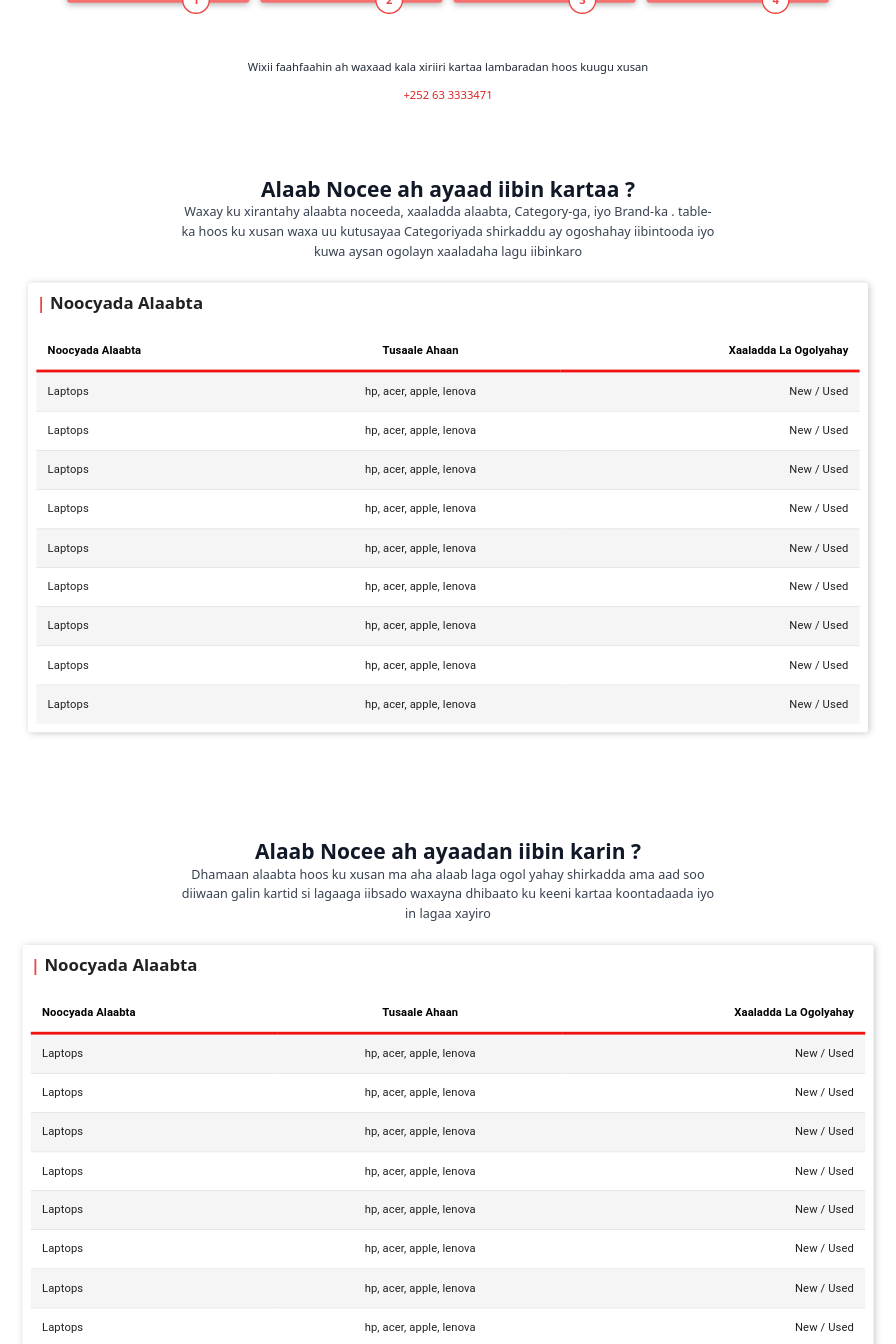
Repository: muraadso/Muraadso-Sellers
Page: /
An editor plug-in stored every save of this project. The page is shown before and after the next save, followed by the edit.
The browser window is 1280 px wide. The pictures show the part of the page from y = 2040 to 3960 px (the page is 4176 px tall before and 4160 px after), at 70% of full size.
The project was rebuilt for these pictures with package versions that can differ from the ones it lists, and the page was loaded fresh each time. The framework's server and built-in components were replaced by stand-ins that run in the browser. Also part of the build but not shown: next.config.js.

Above is the page before, as saved 2021-12-06 20:31:52.

### pages/_app.js
import '../styles/globals.css'
 import 'tailwindcss/tailwind.css'
import { Layout } from '../components/Layout'


function MyApp({ Component, pageProps }) {
  return (
    <Layout>
      <Component {...pageProps} />
    </Layout>
  )
}

export default MyApp

### pages/index.js
import Head from 'next/head'
import Image from 'next/image'
import Hero from '../components/Hero'
import About from '../components/About'
import Howtoreg from '../components/Howtoreg'
import styles from '../styles/Home.module.css'
import { How } from '../components/How'


export default function Home() {
  return (
    <div className={styles.container}>
      <Head>
        <title>Muraadso Sellers</title>
        <meta name="description" content="Generated by create next app" />
        <link rel="icon" href="/favicon.ico" />
      </Head>
      <Hero />
      <About />
      <How />
      <Howtoreg />
    </div>
  )
}

### styles/globals.css
@import url('https://fonts.googleapis.com/css2?family=Lato:ital,wght@0,300;0,400;0,700;0,900;1,700&family=Poppins:wght@200;300;400;500;600;700&display=swap');
html,
body {
  padding: 0;
  margin: 0;
}

a {
  color: inherit;
  text-decoration: none;
}

* {
  box-sizing: border-box;
}


.navbar {
  box-shadow: 2px 1px 7px rgba(0, 0, 0, 0.226);
  font-family: 'Poppins', sans-serif  ;
  font-weight: 500;

}
  .logo{
    font-family: 'Lato', sans-serif;
    font-weight: 700;
    color: rgb(233, 59, 59);
    font-size: 20px ;
  }
  .how-card{
    position: relative;
    box-shadow: 0 2px 10px rgba(0, 0, 0, 0.336) ;
  }





@media screen and  (max-width: 768px){
  .nav{
    padding-top: 40px;
    display: flex;
    flex-direction: column;

  }

  .how-card{
  margin-bottom: 25px;
}

.tablle{
  margin-bottom: 90px;
}
.tablle2{

}

}




@tailwind base;
@tailwind components;
@tailwind utilities

### components/Layout.js
import Navbar from "./Navbar"
import Footer from "./Footer"

export const Layout = ({children}) => {
    return (
        <div className="layout">
            <Navbar />
                {children}
            <Footer />



        </div>
    )
}

### components/Hero.jsx
const Hero = () => {
    return (
        <div className="md:grid-cols-2 md:grid md:mt-11 hero">
                <div className="md:px-16 md:py-36 py-11 herotxt">
                    <h6 className="px-2 font-medium text-gray-500">ku iibi muraadso</h6>
                    <h1 className="my-5 text-3xl font-bold text-gray-800 capitalize md:font-bold md:text-gray-800 md:capitalize lg:text-6xl">sidee ugu iibin krtaa <br /> alaabtaada <span  className="text-red-600 md:text-red-600">muraadso</span></h1>

                    <p className="text-gray-700 md:text-left">
                         Whether you’ve already got an established e-commerce business , a great idea for a new product, or you just have a passion for selling, here’s how to take that next step with Muraadso </p>
                </div>

                <div className="heroimg">
                    <img className="w-4/4 "  src="/images/heroimage.png" alt="heroimage" />
                </div>
        </div>
    )
}

export default Hero

### components/About.jsx

const About = () => {
    return (
        <div className="mt-32">
            <h1 className="text-3xl font-bold text-center">Ku Iibso Muraadso</h1>
            <div className="gap-0 md:px-16 md:grid-cols-2 md:grid about-content">
                <div className="mt-12 aboutimg">
                  <img src="/images/aboutimage.png" className="md:h-96" alt="about image" />
                </div>
                <div className="md:mt-20 mt-11 about-text">
                    <p className="text-xl text-justify">
                        Muraadso waa hogaanka suuqa casriga ee online waana suuq aad ku iibin kartid alaabtaada, ahaw ganacsade alaabta sameeya, mid soo dajiya, si fudud ayaad ugu iibin kartaa suuqa casriga muraadso, sidoo kale ka mid noqo ganacsiyada shabakada internet ku iibiya alaabaha adiga oon ku kharash badan galin, kana faa’idaysanaya khubarada team ka muraadso helayana tobabaro iyo caawimo sidaad ugu iibin lahayd muraadso dhexdeeda Ku dhex iibta muraadso waa wax fudud sidoo kalena kharash yari kaaga bixi karo ama wax kharash ahi kaa baxayn, kaliya waxa lagaaga bahanyay in aad is diwaan galisid, kuna gurtid alaabta aad haysid online shirkada sidaana aad ku bilawdid iibka alaabtaada....<span className="text-red-600">Read More</span>
                    </p>
                </div>


            </div>
        </div>
    )
}

export default About

### components/Howtoreg.jsx
import * as React from 'react';
import { styled } from '@mui/material/styles';
import Table from '@mui/material/Table';
import TableBody from '@mui/material/TableBody';
import TableCell, { tableCellClasses } from '@mui/material/TableCell';
import TableContainer from '@mui/material/TableContainer';
import TableHead from '@mui/material/TableHead';
import TableRow from '@mui/material/TableRow';
import Paper from '@mui/material/Paper';

const StyledTableCell = styled(TableCell)(({ theme }) => ({

  [`&.${tableCellClasses.head}`]: {
    backgroundColor: theme.palette.common.white,
    color: theme.palette.common.black,
    borderBottom: '4px solid rgb(240, 17, 17)' ,
    fontSize: '16px',
    fontWeight: '600',

  },
  [`&.${tableCellClasses.body}`]: {
    fontSize: 16,
  },
}));

const StyledTableRow = styled(TableRow)(({ theme }) => ({
  '&:nth-of-type(odd)': {
    backgroundColor: theme.palette.action.hover,


  },
  // hide last border
  '&:last-child td, &:last-child th': {
    border: 0,
  },
}));





function createData(noocaAlaabta, tusaale, xaaladda) {
  return { noocaAlaabta, tusaale, xaaladda };
}

const rows = [
  createData('Laptops', 'hp, acer, apple, lenova ', 'New / Used'),
  createData('Laptops', 'hp, acer, apple, lenova ', 'New / Used'),
  createData('Laptops', 'hp, acer, apple, lenova ', 'New / Used'),
  createData('Laptops', 'hp, acer, apple, lenova ', 'New / Used'),
  createData('Laptops', 'hp, acer, apple, lenova ', 'New / Used'),
  createData('Laptops', 'hp, acer, apple, lenova ', 'New / Used'),
  createData('Laptops', 'hp, acer, apple, lenova ', 'New / Used'),
  createData('Laptops', 'hp, acer, apple, lenova ', 'New / Used'),
  createData('Laptops', 'hp, acer, apple, lenova ', 'New / Used'),

];

export default function Howtoreg() {
  return (
      <>
    <div className="flex flex-col items-center justify-center p-2 tablle mb-36">
                <h1 className="text-xl font-bold text-center text-gray-900 md:text-3xl">Alaab Nocee ah ayaad iibin kartaa ?</h1>
                <p className="max-w-3xl mb-8 text-sm text-center text-gray-700 md:text-lg">Waxay ku xirantahy alaabta noceeda, xaaladda alaabta, Category-ga, iyo Brand-ka .
                table-ka hoos ku xusan waxa uu kutusayaa Categoriyada shirkaddu ay ogoshahay iibintooda
                iyo kuwa aysan ogolayn xaaladaha lagu iibinkaro </p>

            <TableContainer className="" component={Paper} sx={{ padding: "12px", maxWidth: 1400, boxShadow: '2px 1px 11px rgba(0, 0, 0, 0.226)' }}>
        <h1 className="mb-6 text-2xl font-bold "> <span className="font-black text-red-500 ">|</span> Noocyada Alaabta</h1>
      <Table sx={{ minWidth: 700 }} aria-label="customized table">
        <TableHead>
          <TableRow>
            <StyledTableCell>Noocyada Alaabta</StyledTableCell>
            <StyledTableCell align="center"> Tusaale Ahaan</StyledTableCell>
            <StyledTableCell align="right">Xaaladda La Ogolyahay</StyledTableCell>
          </TableRow>
        </TableHead>
        <TableBody>
          {rows.map((row) => (
            <StyledTableRow key={row.noocaAlaabta} sx={{backgroundColor: 'white'}}>
              <StyledTableCell component="th" scope="row">
                {row.noocaAlaabta}
              </StyledTableCell>
              <StyledTableCell   align="center">{row.tusaale}</StyledTableCell>
              <StyledTableCell align="right">{row.xaaladda}</StyledTableCell>
            </StyledTableRow>
          ))}
        </TableBody>
      </Table>
    </TableContainer>

    </div>

    <div className="flex flex-col items-center justify-center tablle2 mb-36">
            <h1 className="text-xl font-bold text-center text-gray-900 md:text-3xl">Alaab Nocee ah ayaadan iibin karin ?</h1>
            <p className="max-w-3xl mb-8 text-sm text-center text-gray-700 md:text-lg">Dhamaan alaabta hoos ku xusan ma aha alaab laga ogol yahay shirkadda
                ama aad soo diiwaan galin kartid si lagaaga iibsado waxayna dhibaato
                ku keeni kartaa koontadaada iyo in lagaa xayiro</p>

            <TableContainer className="" component={Paper} sx={{ padding: "12px", maxWidth: 1400, boxShadow: '2px 1px 11px rgba(0, 0, 0, 0.226)' }}>
                        <h1 className="mb-6 text-2xl font-bold"> <span className="font-black text-red-500 ">|</span> Noocyada Alaabta</h1>
      <Table sx={{ minWidth: 700 }} aria-label="customized table">
        <TableHead className="" >
          <TableRow className="">
            <StyledTableCell>Noocyada Alaabta</StyledTableCell>
            <StyledTableCell align="center"> Tusaale Ahaan</StyledTableCell>
            <StyledTableCell align="right">Xaaladda La Ogolyahay</StyledTableCell>
          </TableRow>
        </TableHead>
        <TableBody>
          {rows.map((row) => (
            <StyledTableRow key={row.noocaAlaabta} sx={{backgroundColor: 'white'}}>
              <StyledTableCell  component="th" scope="row">
                {row.noocaAlaabta}
              </StyledTableCell>
              <StyledTableCell   align="center">{row.tusaale}</StyledTableCell>
              <StyledTableCell align="right">{row.xaaladda}</StyledTableCell>
            </StyledTableRow>
          ))}
        </TableBody>
      </Table>
    </TableContainer>

    </div>

     </>
  );
}

### components/How.jsx
export const How = () => {
    return (
        <div className="flex flex-col items-center justify-center mt-32 mb-24 how md:gap-y-4 gap-y-11">
            <div className="howheader">
            <h2 className="text-4xl font-bold text-center">Sidee u shaqaysaa</h2>
            <p className="mt-2 text-lg text-center text-gray-600">habka uu ushaqeeyo adeegan waa sidatan hoos ku xusan</p>
            </div>
            <div className="h-full md:p-16 md:gap-4 gap-72 md:grid-cols-4 md:grid howsteps">

                <div className="relative max-h-full p-6 bg-white border-4 border-red-400 rounded how-card ">
                    <div className="flex items-center justify-center my-4 card-icon ">
                        <img  src="./icons/register.png" alt="register" />

                    </div>
                    <div className="mb-4 text-xl text-center text-gray-800 cardbody">
                        Macmiil iska diiwaan geli adeega, 24h kadib waxad helaysa fariin ah in lagu aqbalay
                    </div>
                    <div className="absolute flex items-center justify-center w-10 h-10 font-bold text-red-500 bg-white border-2 border-red-500 rounded-full md:left-36 -bottom-5 md:left-40 left-36 place-content-center card-number"> <h2>1</h2></div>
                </div>


                <div className="relative max-h-full p-6 bg-white border-4 border-red-400 rounded how-card ">
                    <div className="flex items-center justify-center my-4 card-icon ">
                        <img className="h-24"  src="./icons/features.png" alt="register" />
                    </div>
                    <div className="mb-4 text-xl text-center text-gray-800 cardbody">
                        Macmiil iska diiwaan geli adeega, 24h kadib waxad helaysa fariin ah in lagu aqbalay
                    </div>
                    <div className="absolute flex items-center justify-center w-10 h-10 font-bold text-red-500 bg-white border-2 border-red-500 rounded-full md:left-36 -bottom-5 md:left-40 left-36 place-content-center card-number"> <h2>2</h2></div>
                </div>




                <div className="relative max-h-full p-6 bg-white border-4 border-red-400 rounded how-card ">
                    <div className="flex items-center justify-center my-4 card-icon ">
                        <img className="h-24"  src="./icons/verified.png" alt="register" />

                    </div>
                    <div className="mb-4 text-xl text-center text-gray-800 cardbody">
                        Macmiil iska diiwaan geli adeega, 24h kadib waxad helaysa fariin ah in lagu aqbalay
                    </div>
                    <div className="absolute flex items-center justify-center w-10 h-10 font-bold text-red-500 bg-white border-2 border-red-500 rounded-full md:left-36 -bottom-5 md:left-40 left-36 place-content-center card-number"> <h2>3</h2></div>
                </div>


                <div className="relative max-h-full p-6 bg-white border-4 border-red-400 rounded how-card ">
                    <div className="flex items-center justify-center my-4 card-icon ">
                        <img className="h-24"  src="./icons/givemoney.png" alt="register" />

                    </div>
                    <div className="mb-4 text-xl text-center text-gray-800 cardbody">
                        Macmiil iska diiwaan geli adeega, 24h kadib waxad helaysa fariin ah in lagu aqbalay
                    </div>
                    <div className="absolute flex items-center justify-center w-10 h-10 font-bold text-red-500 bg-white border-2 border-red-500 rounded-full md:left-36 -bottom-5 md:left-40 left-36 place-content-center card-number"> <h2>4</h2></div>
                </div>

            </div>
            <p className="text-center text-gray-800">Wixii faahfaahin ah waxaad kala xiriiri kartaa lambaradan hoos kuugu xusan</p>
            <a className="font-medium text-red-600" href="#">+252 63 3333471</a>

        </div>
    )
}

### components/Navbar.jsx
import React, { useState } from "react";
import { HiOutlineMenuAlt2, HiOutlineMenuAlt3 } from "react-icons/hi";



export default function Navbar() {
  const [showNav, setShowNav] = useState(false);

  return (
    <nav className="sticky top-0 z-20 items-center justify-between bg-white px-14 md:px-24 md:py-3 navbar md:flex">
      <div className="flex items-center justify-between">
        <a href="#">
          <h2>Muraadso</h2>
        </a>


        {showNav ? (
          <HiOutlineMenuAlt3
            onClick={() => setShowNav(!showNav)}
            className="block w-10 h-10 p-2 cursor-pointer md:hidden" />

        ) : (
          <HiOutlineMenuAlt2
            onClick={() => setShowNav(!showNav)}
            className="block w-10 h-10 p-2 cursor-pointer md:hidden"
          />
        )}
      </div>

      <ul
        className={
          (showNav ? "left-0" : "-left-full") +
          " md:static fixed bottom-0 md:ml-24 top-14 md:flex md:space-x-6 items-center md:bg-transparent bg-gray-700 rounded md:rounded-none md:bg-white bg-opacity-90 md:w-auto w-10/12 md:text-gray-800 text-white  md:space-y-0 space-y-5 p-2 transition-left nav"
        }
      >
        <a href="#"> Home</a>
        <a href="#"> About</a>
        <a href="#"> Doc</a>
        <a href="#"> Contact Us</a>
      <a className="px-4 py-2 text-white bg-red-600 rounded" href="">Signup</a>
      </ul>
    </nav>
  );
}

























// const Navbar = () => {
//     return (
//         <div>
//      <div className="sticky top-0 z-20 items-center justify-between bg-white md:flex navbar">
//          <a className="logo" href="#">Muraadso</a>
//          <nav className="fixed bottom-0 items-center w-10/12 p-2 space-y-5 text-white bg-gray-500 md:static top-12 md:flex md:space-x-7 md:bg-transparent bg-opacity-90 md:w-auto md:text-gray-500 md:space-y-0 transition-left nav">
//              <a className="hover:text-red-600" href="">Home</a>
//              <a className="hover:text-red-600" href="">About</a>
//              <a className="hover:text-red-600" href="">Doc</a>
//              <a className="hover:text-red-600" href="">Contact Us</a>
//          </nav>
//          <a href="#" className="px-4 py-2 text-white bg-red-600 rounded hover:bg-red-700 signup ">Signup</a>
//      </div>

//         </div>
//     )
// }

// export default Navbar

### components/Footer.jsx
const Footer = () => {
    return (
        <div>
        </div>
    )
}

export default Footer

### tailwind.config.js
module.exports = {
   purge: ['./pages/**/*.{js,ts,jsx,tsx}', './components/**/*.{js,ts,jsx,tsx}'],
  darkMode: false, // or 'media' or 'class'
  theme: {
    extend: {
      transitionProperty: {
         'left': 'left',
        }
    },

  },
  variants: {
    extend: {},
  },
  plugins: [],
}

Loaded but not shown: styles/Home.module.css (common file)

After the next save:
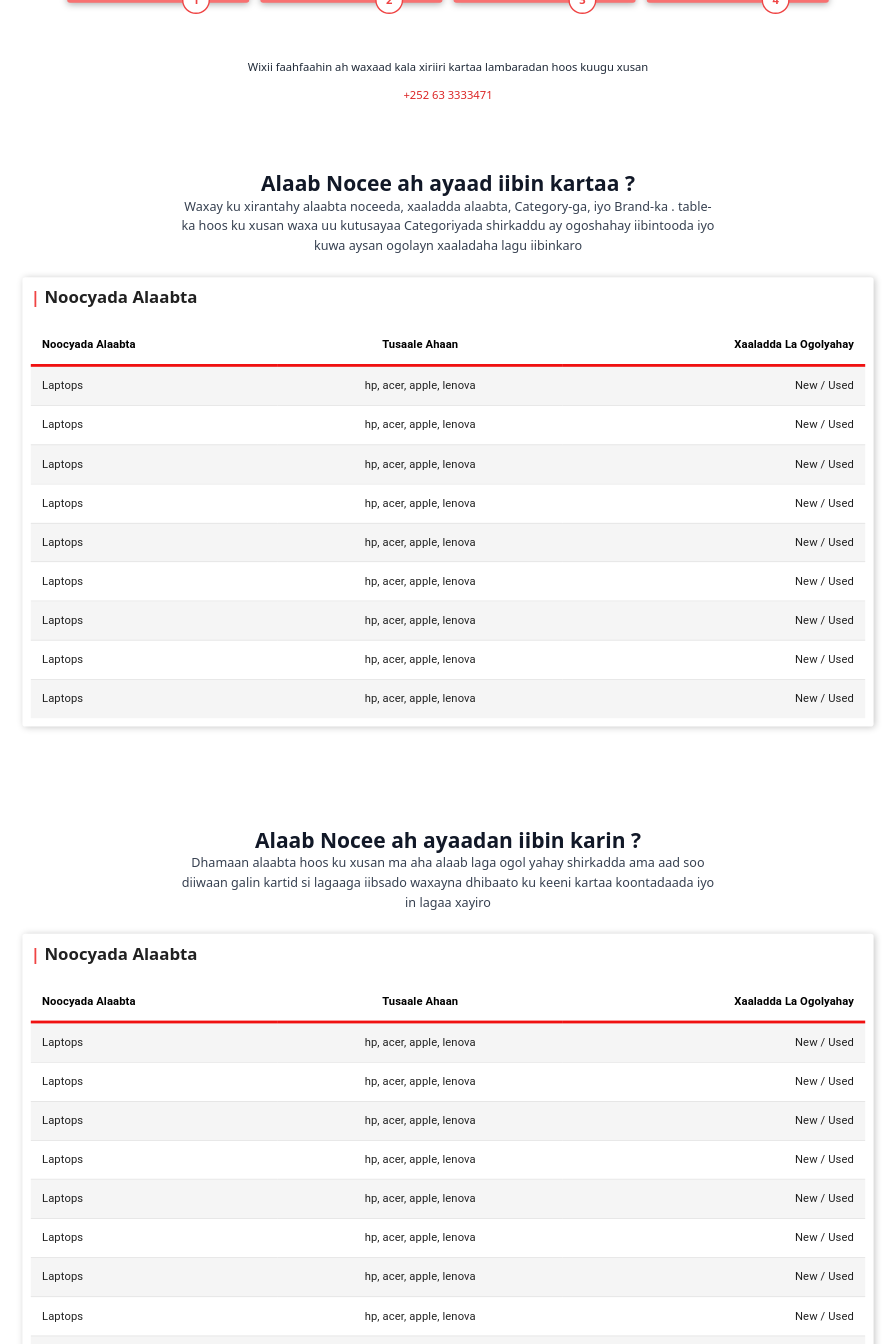
Saved 12 s later.
--- a/components/Howtoreg.jsx
+++ b/components/Howtoreg.jsx
@@ -59,7 +59,7 @@ const rows = [
 export default function Howtoreg() {
   return (
       <>
-    <div className="flex flex-col items-center justify-center p-2 tablle mb-36">
+    <div className="flex flex-col items-center justify-center tablle mb-36">
                 <h1 className="text-xl font-bold text-center text-gray-900 md:text-3xl">Alaab Nocee ah ayaad iibin kartaa ?</h1>
                 <p className="max-w-3xl mb-8 text-sm text-center text-gray-700 md:text-lg">Waxay ku xirantahy alaabta noceeda, xaaladda alaabta, Category-ga, iyo Brand-ka .
                 table-ka hoos ku xusan waxa uu kutusayaa Categoriyada shirkaddu ay ogoshahay iibintooda
